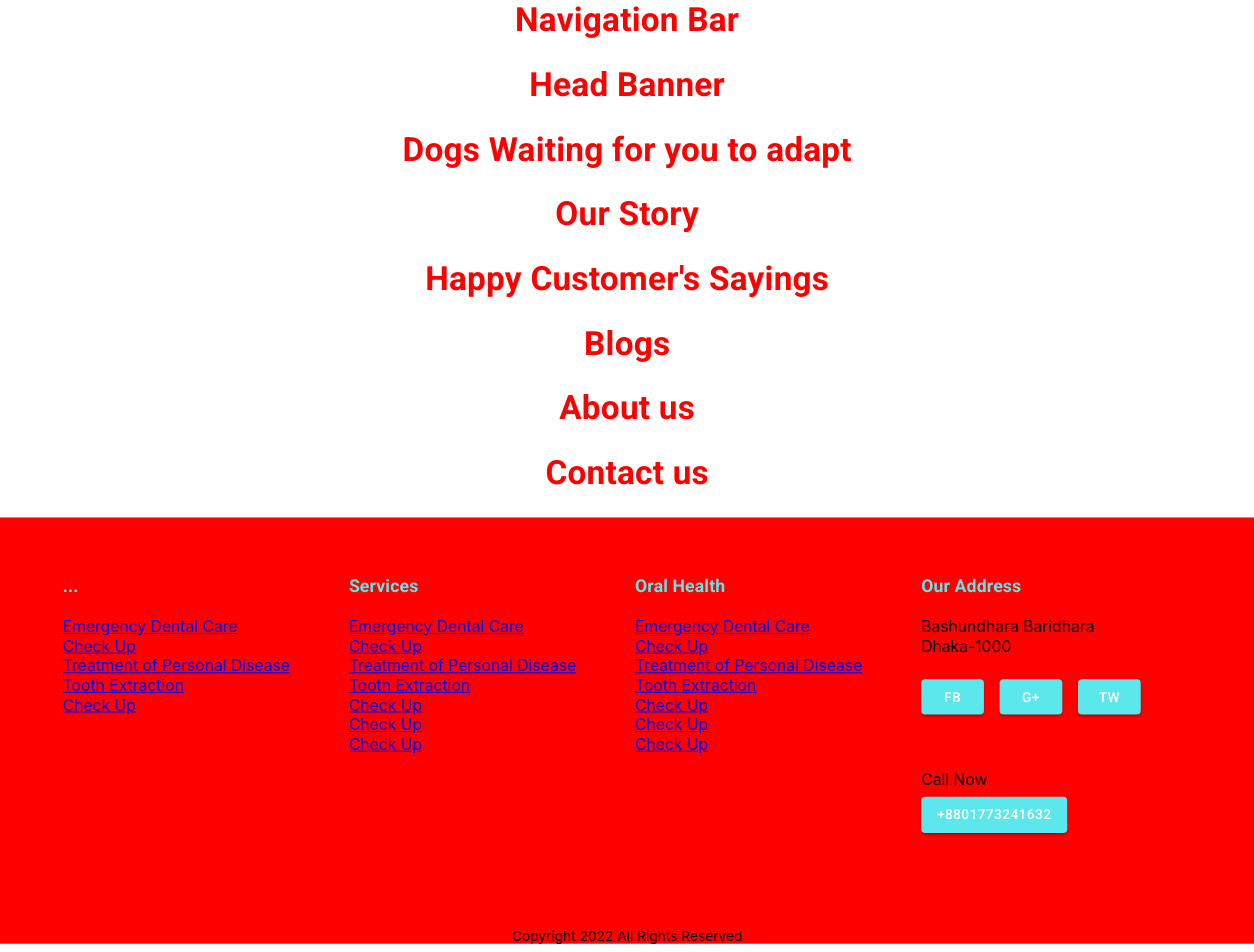
Repository: Sharif-00112/dogos-paradise-client
Page: /
An editor plug-in stored every save of this project. The page is shown before and after the next save, followed by the edit.
The browser window is 1280 px wide. The pictures show the whole page, at 98% of full size.
The project was rebuilt for these pictures with package versions that can differ from the ones it lists, and the page was loaded fresh each time. Also part of the build but not shown: src/Pages/Login/Login/Login.js, src/Pages/Login/Register/Register.js, src/Pages/NotFound/NotFound.js.

Above is the page before, as saved 2022-11-30 22:22:18.

### public/index.html
<!DOCTYPE html>
<html lang="en">
  <head>
    <meta charset="utf-8" />
    <link rel="icon" href="%PUBLIC_URL%/favicon.ico" />
    <meta name="viewport" content="width=device-width, initial-scale=1" />
    <meta name="theme-color" content="#000000" />
    <meta
      name="description"
      content="Web site created using create-react-app"
    />
    <link
      rel="stylesheet" href="https://fonts.googleapis.com/css?family=Roboto:300,400,500,700&display=swap"
    />

    <link rel="apple-touch-icon" href="%PUBLIC_URL%/logo192.png" />
    <!--
      manifest.json provides metadata used when your web app is installed on a
      user's mobile device or desktop. See https://developers.google.com/web/fundamentals/web-app-manifest/
    -->
    <link rel="manifest" href="%PUBLIC_URL%/manifest.json" />
    <!--
      Notice the use of %PUBLIC_URL% in the tags above.
      It will be replaced with the URL of the `public` folder during the build.
      Only files inside the `public` folder can be referenced from the HTML.

      Unlike "/favicon.ico" or "favicon.ico", "%PUBLIC_URL%/favicon.ico" will
      work correctly both with client-side routing and a non-root public URL.
      Learn how to configure a non-root public URL by running `npm run build`.
    -->
    <title>React App</title>
  </head>
  <body>
    <noscript>You need to enable JavaScript to run this app.</noscript>
    <div id="root"></div>
    <!--
      This HTML file is a template.
      If you open it directly in the browser, you will see an empty page.

      You can add webfonts, meta tags, or analytics to this file.
      The build step will place the bundled scripts into the <body> tag.

      To begin the development, run `npm start` or `yarn start`.
      To create a production bundle, use `npm run build` or `yarn build`.
    -->
  </body>
</html>

### src/App.js
import React  from 'react';
import './App.css';
import { BrowserRouter as Router, Route, Routes} from 'react-router-dom';
import Home from './Pages/Home/Home/Home';
import Login from './Pages/Login/Login/Login';
import Register from './Pages/Login/Register/Register';
import AuthProvider from './contexts/AuthProvider/AuthProvider';
// import PrivateRoute from './Pages/Login/PrivateRoute/PrivateRoute';
import NotFound from './Pages/NotFound/NotFound';
import Contact from './Pages/Home/Contact/Contact';
import Products from './Pages/Home/Products/Products';
import Story from './Pages/Home/Story/Story';
import CustomerReviews from './Pages/Home/CustomerReviews/CustomerReviews';
import Blogs from './Pages/Home/Blogs/Blogs';
import About from './Pages/Home/About/About';
// import Footer from './Pages/Shared/Footer/Footer';
// import Dashboard from './Pages/Dashboard/Dashboard/Dashboard';

function App() {
  return (
    <div className="App">
      <AuthProvider>
        <Router>
          <Routes>
            <Route exact path = '/' element={<Home/>}/>
            <Route exact path = '/home' element={<Home/>}/>
            <Route exact path = '/login' element={<Login/>}/>
            <Route exact path = '/register' element={<Register/>}/>
            <Route exact path = '/contact' element={<Contact/>}/>
            <Route exact path = '/products' element={<Products/>}/>
            <Route exact path = '/story' element={<Story/>}/>
            <Route exact path = '/reviews' element={<CustomerReviews/>}/>
            <Route exact path = '/blogs' element={<Blogs/>}/>
            <Route exact path = '/about' element={<About/>}/>
            {/* <Route exact path = '/appointment' element = {
              <PrivateRoute>
                <Appointment></Appointment>
              </PrivateRoute>
            }> </Route> */}
            {/* <Route path = 'dashboard/*' element = {
              <PrivateRoute>
                <Dashboard></Dashboard>
              </PrivateRoute>
            }> </Route> */}
            <Route path = '*' element={<NotFound/>}/>
          </Routes>
          {/* <Footer></Footer> */}
        </Router>
      </AuthProvider>
    </div>
  );
}

export default App;

### src/Pages/Home/Home/Home.js
import React from 'react';
import { Box } from '@mui/material';
import Footer from '../../Shared/Footer/Footer';
import Navigation from '../../Shared/Navigation/Navigation';
import About from '../About/About';
import Banner from '../Banner/Banner';
import Blogs from '../Blogs/Blogs';
import Contact from '../Contact/Contact';
import CustomerReviews from '../CustomerReviews/CustomerReviews';
import Products from '../Products/Products';
import Story from '../Story/Story';

const Home = () => {
    return (
        <Box>
            <Navigation></Navigation>
            <Banner></Banner>
            <Products></Products>
            <Story></Story>
            <CustomerReviews></CustomerReviews>
            <Blogs></Blogs>
            <About></About>
            <Contact></Contact>
            <Footer></Footer>
        </Box>
    );
};

export default Home;

### src/contexts/AuthProvider/AuthProvider.js
import React from 'react';
import { createContext } from 'react';
import useFirebase from '../../hooks/useFirebase';

//step-1-context
export const AuthContext = createContext();

const AuthProvider = (props) => {
    //step-3-context
    const {children} = props;

    //step-5-context
    const allContexts = useFirebase();

    return (
        //step-2-context
        <AuthContext.Provider value={allContexts}>
            {children}
        </AuthContext.Provider>
    );
};

export default AuthProvider;

### src/Pages/Home/Contact/Contact.js
import React from 'react';
import { Typography } from '@mui/material';

const Contact = () => {
    return (
        <div>
            <Typography sx={{ m: 3, color: 'red', fontWeight: 600 }} variant="h4" component="div">
                Contact us
            </Typography>
        </div>
    );
};

export default Contact;

### src/Pages/Home/Products/Products.js
import React from 'react';
import { Typography } from '@mui/material';

const Products = () => {
    return (
        <div>
            <Typography sx={{ m: 3, color: 'red', fontWeight: 600 }} variant="h4" component="div">
                Dogs Waiting for you to adapt
            </Typography>
        </div>
    );
};

export default Products;

### src/Pages/Home/Story/Story.js
import React from 'react';
import { Typography } from '@mui/material';


const Story = () => {
    return (
        <div>
            <Typography sx={{ m: 3, color: 'red', fontWeight: 600 }} variant="h4" component="div">
                Our Story
            </Typography>
        </div>
    );
};

export default Story;

### src/Pages/Home/CustomerReviews/CustomerReviews.js
import React from 'react';
import { Typography } from '@mui/material';


const CustomerReviews = () => {
    return (
        <div>
            <Typography sx={{ m: 3, color: 'red', fontWeight: 600 }} variant="h4" component="div">
                Happy Customer's Sayings
            </Typography>
        </div>
    );
};

export default CustomerReviews;

### src/Pages/Home/Blogs/Blogs.js
import React from 'react';
import { Typography } from '@mui/material';


const Blogs = () => {
    return (
        <div>
            <Typography sx={{ m: 3, color: 'red', fontWeight: 600 }} variant="h4" component="div">
                Blogs
            </Typography>
        </div>
    );
};

export default Blogs;

### src/Pages/Home/About/About.js
import React from 'react';
import { Typography } from '@mui/material';

const About = () => {
    return (
        <div>
            <Typography sx={{ m: 3, color: 'red', fontWeight: 600 }} variant="h4" component="div">
                About us
            </Typography>
        </div>
    );
};

export default About;

### src/Pages/Shared/Footer/Footer.js
import React from 'react';
import { Typography } from '@mui/material';
import { Container } from '@mui/system';
import Box from '@mui/material/Box';
import Grid from '@mui/material/Unstable_Grid2';
import { Link } from 'react-router-dom';
import { Button } from '@mui/material';


const Footer = () => {
    return (
        // <div>
        //     <Typography sx={{ m: 3, color: 'red', fontWeight: 600 }} variant="h4" component="div">
        //         Footer Area
        //     </Typography>
        // </div>

        <div style={{ backgroundColor: 'red' }}>
        <Container sx={{ py: 5 }}>
            <Box sx={{ flexGrow: 1 }}>
                <Grid container spacing={2}>
                    <Grid item style={{ textAlign: 'left'}} xs={6} md={3}>
                        <Typography sx={{ my:2, fontSize: 18, fontWeight: 600 }} style={{color: '#5CE7ED'}} variant="h6" component="div">
                            ...
                        </Typography>
                        <Link to = '/emergencyDentalCare'>
                            Emergency Dental Care
                        </Link>
                        <br />
                        <Link to = '/checkUp'>
                            Check Up
                        </Link>
                        <br />
                        <Link to = '/treatmentOfPersonalDisease'>
                            Treatment of Personal Disease
                        </Link>
                        <br />
                        <Link to = '/toothExtraction'>
                            Tooth Extraction
                        </Link>
                        <br />
                        <Link to = '/checkUp'>
                            Check Up
                        </Link>
                    </Grid>
                    <Grid item style={{ textAlign: 'left'}} xs={6} md={3}>
                        <Typography sx={{ my:2, fontSize: 18, fontWeight: 600 }} style={{color: '#5CE7ED'}} variant="h6" component="div">
                            Services
                        </Typography>
                        <Link to = '/emergencyDentalCare'>
                            Emergency Dental Care
                        </Link>
                        <br />
                        <Link to = '/checkUp'>
                            Check Up
                        </Link>
                        <br />
                        <Link to = '/treatmentOfPersonalDisease'>
                            Treatment of Personal Disease
                        </Link>
                        <br />
                        <Link to = '/toothExtraction'>
                            Tooth Extraction
                        </Link>
                        <br />
                        <Link to = '/checkUp'>
                            Check Up
                        </Link>
                        <br />
                        <Link to = '/checkUp'>
                            Check Up
                        </Link>
                        <br />
                        <Link to = '/checkUp'>
                            Check Up
                        </Link>
                    </Grid>
                    <Grid item style={{ textAlign: 'left'}} xs={6} md={3}>
                        <Typography sx={{ my:2, fontSize: 18, fontWeight: 600 }} style={{color: '#5CE7ED'}} variant="h6" component="div">
                            Oral Health
                        </Typography>
                        <Link to = '/emergencyDentalCare'>
                            Emergency Dental Care
                        </Link>
                        <br />
                        <Link to = '/checkUp'>
                            Check Up
                        </Link>
                        <br />
                        <Link to = '/treatmentOfPersonalDisease'>
                            Treatment of Personal Disease
                        </Link>
                        <br />
                        <Link to = '/toothExtraction'>
                            Tooth Extraction
                        </Link>
                        <br />
                        <Link to = '/checkUp'>
                            Check Up
                        </Link>
                        <br />
                        <Link to = '/checkUp'>
                            Check Up
                        </Link>
                        <br />
                        <Link to = '/checkUp'>
                            Check Up
                        </Link>
                    </Grid>
                    <Grid item style={{ textAlign: 'left'}} xs={6} md={3}>
                        <Typography sx={{ my:2, fontSize: 18, fontWeight: 600 }} style={{color: '#5CE7ED'}} variant="h6" component="div">
                            Our Address
                        </Typography>
                        <Typography sx={{ fontSize: 16, fontWeight: 400 }} variant="" component="div">
                                Bashundhara Baridhara <br />
                                Dhaka-1000
                        </Typography>

                        {/* <Button>
                            <FontAwesomeIcon icon={faShoppingCart} /> Cart
                            <FontAwesomeIcon icon="fa-brands fa-facebook" />
                        </Button> */}

                        <a href="https://www.facebook.com/" target="_blank" style={{ textDecoration:'none', color:'white' }}>
                            <Button sx={{ mt:3, mr:2 }} variant="contained" style={{backgroundColor: '#5CE7ED'}}>
                                FB
                            </Button>
                        </a>
                        <a href="https://www.google.com/" target="_blank" style={{ textDecoration:'none', color:'white' }}>
                            <Button sx={{ mt:3, mr:2 }} variant="contained" style={{backgroundColor: '#5CE7ED'}}>
                                G+
                            </Button>
                        </a>
                        <a href="https://twitter.com/" target="_blank" style={{ textDecoration:'none', color:'white' }}>
                            <Button sx={{ mt:3, mr:2 }} variant="contained" style={{backgroundColor: '#5CE7ED'}}>
                                TW
                            </Button>
                        </a>

                        <Typography sx={{ mt:7, fontSize: 16, fontWeight: 400 }} variant="" component="div">
                                Call Now
                        </Typography>
                        <a href="tel:+8801773241632" style={{ textDecoration:'none', color:'white' }}>
                            <Button sx={{ mt:1, mr:2 }} variant="contained" style={{backgroundColor: '#5CE7ED'}}>
                                +8801773241632
                            </Button>
                        </a>
                    </Grid>
                </Grid>
            </Box>
        </Container>
        <Typography sx={{ my:1, mt:7, fontSize: 14, fontWeight: 400 }} variant="" component="div">
            Copyright 2022 All Rights Reserved
        </Typography>
    </div>
    );
};

export default Footer;

### src/Pages/Shared/Navigation/Navigation.js
import React from 'react';
import { Typography } from '@mui/material';

const Navigation = () => {
    return (
        <div>
            <Typography sx={{ mx: 3, color: 'red', fontWeight: 600 }} variant="h4" component="div">
                Navigation Bar
            </Typography>
        </div>
    );
};

export default Navigation;

### src/Pages/Home/Banner/Banner.js
import React from 'react';
import { Typography } from '@mui/material';

const Banner = () => {
    return (
        <div>
            <Typography sx={{ m: 3, color: 'red', fontWeight: 600 }} variant="h4" component="div">
                Head Banner
            </Typography>
        </div>
    );
};

export default Banner;

### src/Pages/Login/Firebase/firebase.initialize.js
import { initializeApp } from "firebase/app";
import firebaseConfig from "./firebase.config";

const initializeAuthentication = () =>{
    initializeApp(firebaseConfig);
}

export default initializeAuthentication;

### src/Pages/Login/Firebase/firebase.config.js
// console.log(process.env);

const firebaseConfig = {
  apiKey: process.env.REACT_APP_FIREBASE_API_KEY,
  authDomain: process.env.REACT_APP_FIREBASE_AUTH_DOMAIN,
  projectId: process.env.REACT_APP_FIREBASE_PROJECT_ID,
  storageBucket: process.env.REACT_APP_FIREBASE_STORAGE_BUCKET,
  messagingSenderId: process.env.REACT_APP_FIREBASE_MESSAGING_SENDER_ID,
  appId: process.env.REACT_APP_FIREBASE_APP_ID,
  measurementId: process.env.REACT_APP_FIREBASE_MEASUREMENT_ID
};

export default firebaseConfig;

// .env.local
// REACT_APP_FIREBASE_API_KEY=AIzaSyCGaQ8G2l5KeOKX4bAJ7MC19oWW_2vnTNQ
// REACT_APP_FIREBASE_AUTH_DOMAIN=dogos-paradise.firebaseapp.com
// REACT_APP_FIREBASE_PROJECT_ID=dogos-paradise
// REACT_APP_FIREBASE_STORAGE_BUCKET=dogos-paradise.appspot.com
// REACT_APP_FIREBASE_MESSAGING_SENDER_ID=824394057307
// REACT_APP_FIREBASE_APP_ID=1:824394057307:web:727ac0c86627b9544a617e
// REACT_APP_FIREBASE_MEASUREMENT_ID=G-DL8JJ6MYSD

// const firebaseConfig = {
  // apiKey: "AIzaSyCGaQ8G2l5KeOKX4bAJ7MC19oWW_2vnTNQ",
  // authDomain: "dogos-paradise.firebaseapp.com",
  // projectId: "dogos-paradise",
  // storageBucket: "dogos-paradise.appspot.com",
  // messagingSenderId: "824394057307",
  // appId: "1:824394057307:web:727ac0c86627b9544a617e",
  // measurementId: "G-DL8JJ6MYSD"
// };

Loaded but not shown: src/index.js (common file); src/index.css (common file); src/reportWebVitals.js (common file); src/App.css (common file); src/hooks/useFirebase.js (273 lines, source omitted)

After the next save:
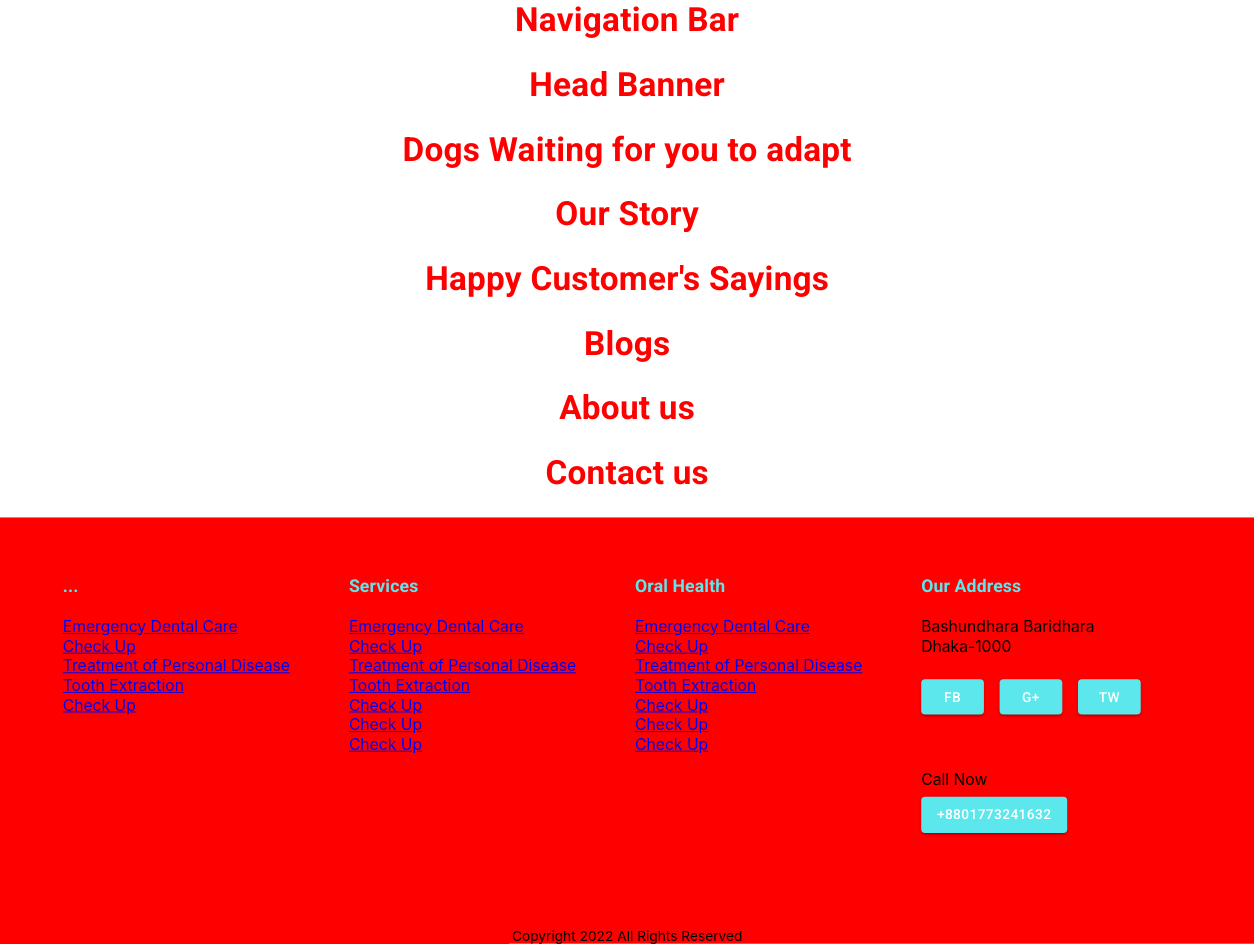
Saved 64 s later.
--- a/src/Pages/Shared/Footer/Footer.js
+++ b/src/Pages/Shared/Footer/Footer.js
@@ -149,7 +149,7 @@ const Footer = () => {
                 </Grid>
             </Box>
         </Container>
-        <Typography sx={{ my:1, mt:7, fontSize: 14, fontWeight: 400 }} variant="" component="div">
+        <Typography sx={{ mt:7, fontSize: 14, fontWeight: 400 }} variant="" component="div">
             Copyright 2022 All Rights Reserved
         </Typography>
     </div>
